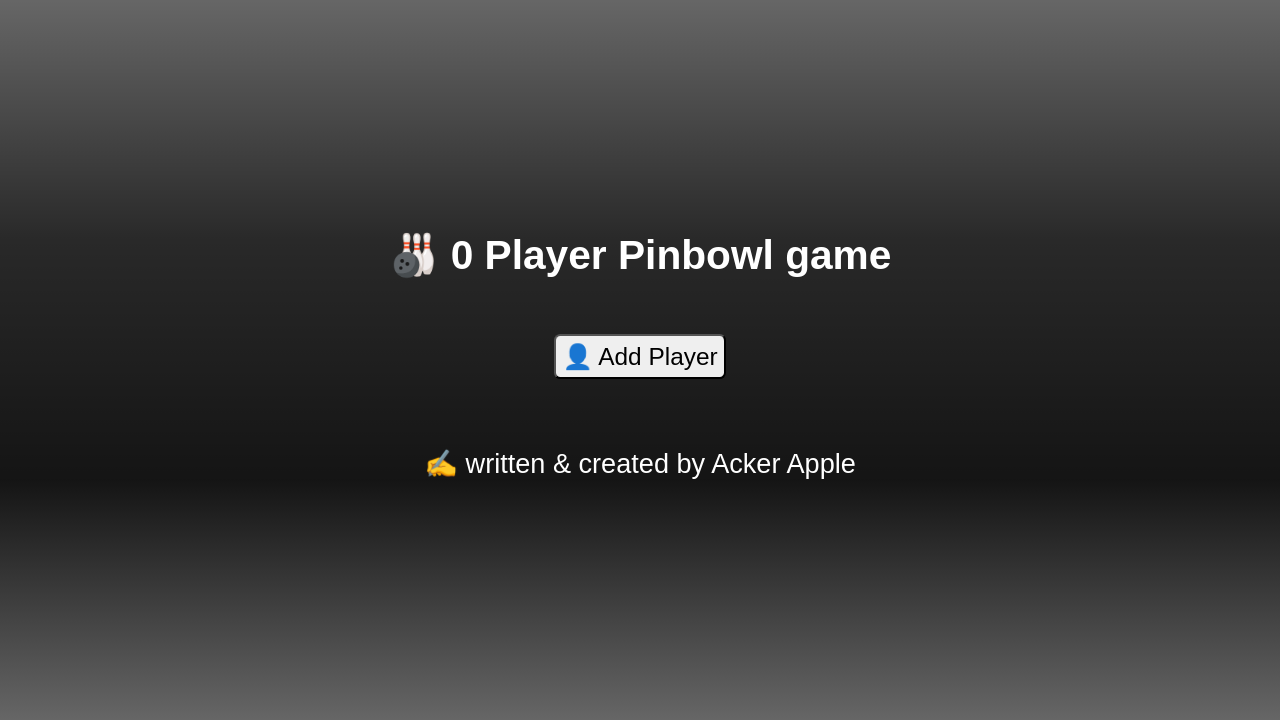
Repository: AckerApple/pinbowl
Page: index.html
The author's editor kept a copy of each file at every save. The page is drawn from the files as they stood at one save, then again after the next save.
The browser window is 1280 px wide. The pictures show the whole page.

Above is the page before, as saved 2023-11-08 18:43:20.

### index.html
<!DOCTYPE html>
<html lang="en">

<head>
  <title>Pin Bowl</title>
  <meta charset="UTF-8" />
  <meta name="viewport"
    content="viewport-fit=cover, width=device-width, initial-scale=1, maximum-scale=1, user-scalable=0" />
  <meta name="apple-mobile-web-app-title" content="App" />
  <meta name="apple-mobile-web-app-capable" content="yes" />
  <meta name="apple-mobile-web-app-status-bar-style" content="black" />
  <!-- emoji as favicon -->
  <link rel="icon" href="data:[embedded picture, 141 characters]" />
  <style>
    * {
      box-sizing: border-box;
    }

    html,
    body {
      color: white;
      font-family: Arial, Helvetica, sans-serif;
      height: 100%;
      padding: 0;
      margin: 0;
      background: #666 linear-gradient(to top, #666, rgba(0, 0, 0, 0.8), rgba(0, 0, 0, 0.6), rgba(0, 0, 0, 0)) no-repeat;
      /* Create a gradient from black to transparent */
    }

    html {
      scroll-behavior: smooth;
      font-size: calc(22px + .4vw);
      line-height: 1.25em;
    }

    input[type="checkbox"],
    input[type="radio"] {
      width: 1em;
      height: 1em;
    }

    li {
      padding-bottom: 1em;
    }

    select,
    textarea,
    button,
    input {
      padding: .5vw;
      border-radius: .5vw;
      font-size: .9em;
    }
  </style>
  <link href="document.css" type="text/css" rel="stylesheet" />
  <script type="module">
    import app from './app.js'
    app()
  </script>
</head>

<body>
  <noscript style="color:red">Javascript is required but is turned off on your device</noscript>
  <table cellPadding="0" cellSpacing="0" border="0" style="width: 100%;height: 100%;">
    <tr>
      <td valign="center" style="text-align: center;">
        <small-bowl-app></small-bowl-app>
      </td>
    </tr>
  </table>
</body>

</html>

### document.css
.link-icon {
  border:2px solid #aaa;border-radius: 25%;background-color: black;padding:.2em .2em;
  display:flex;align-items: self-end;justify-content: center;
  display:flex;align-items: center;justify-content: center;
}

.reflection {
  -webkit-box-reflect: below -31px linear-gradient(to bottom, rgba(0,0,0,0), rgba(0,0,0,0), rgba(0,0,0,0), rgba(0,0,0,.1) 80%)
}












.spin-container {
  position: relative;
}

.spin-container > * {
  position: absolute;
  top: 0;
  left: 0;

  transform-style: preserve-3d;
}

.spin-container > *:first-child {
  animation: spin-front 8s linear infinite;
}

.spin-container > *:nth-child(2) {
  animation: spin-middle 8s linear infinite;
}

.spin-container > *:nth-child(3) {
  animation: spin-middle-last 8s linear infinite;
  animation-delay: -4s;
}

.spin-container > *:last-child {
  animation: spin-back 8s linear infinite;
  animation-delay: -4s;
}

@keyframes spin-front {
  0% {
    transform: rotateY(0deg) translateZ(20px);
    z-index:5;
  }
  25% {
    transform: rotateY(90deg) translateZ(20px);
    z-index:5;
  }
  26% {
    transform: rotateY(90deg) translateZ(20px);
    z-index:0;
  }
  50% {
    transform: rotateY(180deg) translateZ(20px);
    z-index:0;
  }
  75% {
    transform: rotateY(270deg) translateZ(20px);
    z-index:0;
  }
  76% {
    transform: rotateY(270deg) translateZ(20px);
    z-index:5;
  }
  100% {
    transform: rotateY(360deg) translateZ(20px);
    z-index:5;
  }
}

@keyframes spin-middle {
  0% {
    transform: rotateY(0deg) translateZ(19px);
    z-index:4;
  }
  25% {
    transform: rotateY(90deg) translateZ(19px);
    z-index:4;
  }
  26% {
    transform: rotateY(90deg) translateZ(19px);
    z-index:5;
  }
  50% {
    transform: rotateY(180deg) translateZ(19px);
    z-index:5;
  }
  75% {
    transform: rotateY(270deg) translateZ(19px);
    z-index:5;
  }
  76% {
    transform: rotateY(270deg) translateZ(19px);
    z-index:4;
  }
  100% {
    transform: rotateY(360deg) translateZ(19px);
    z-index:4;
  }
}

@keyframes spin-middle-last {
  0% {
    transform: rotateY(0deg) translateZ(19px);
    z-index:1;
  }
  25% {
    transform: rotateY(90deg) translateZ(19px);
    z-index:1;
  }
  26% {
    transform: rotateY(90deg) translateZ(19px);
    z-index:3;
  }
  50% {
    transform: rotateY(180deg) translateZ(19px);
    z-index:3;
  }
  75% {
    transform: rotateY(270deg) translateZ(19px);
    z-index:3;
  }
  76% {
    transform: rotateY(270deg) translateZ(19px);
    z-index:4;
  }
  100% {
    transform: rotateY(360deg) translateZ(19px);
    z-index:1;
  }
}

@keyframes spin-back {
  0% {
    transform: rotateY(0deg) translateZ(20px);
    z-index:5;
  }
  25% {
    transform: rotateY(90deg) translateZ(20px);
    z-index:5;
  }
  26% {
    transform: rotateY(90deg) translateZ(20px);
    z-index:0;
  }
  50% {
    transform: rotateY(180deg) translateZ(20px);
    z-index:0;
  }
  75% {
    transform: rotateY(270deg) translateZ(20px);
    z-index:0;
  }
  76% {
    transform: rotateY(270deg) translateZ(20px);
    z-index:5;
  }
  100% {
    transform: rotateY(360deg) translateZ(20px);
    z-index:5;
  }
}

button, a {cursor: pointer;}

.color-inherit {
  color: inherit;
}

.no-a-style {
  text-decoration: none;
  color: inherit;
}

### app.js
import { render, renderFor } from "./render.js"
import { interpolateElement } from "./web-gems/interpolateElement.js"

export function SmallBowlApp() {
  const players = []

  let playerTurn = 0
  let currentFrame = 0
  let gameStarted = false

  const addPlayer = () => players.push({
    name: `Player ${players.length + 1}`,
    frames: [0,1,2,3,4],
    scores: [],
    edit: true,
    gameover: false,
  })

  const startGame = () => {
    gameStarted=true
    players.forEach(player => player.edit = false)
  }

  const restartGame = () => {
    if(!confirm('Are you sure you want to restart game?')){
      return
    }
    currentFrame = 0
    playerTurn = 0
    gameStarted = false

    players.forEach(player => {
      player.frames.length = 5
      player.scores = []
      player.gameover = false
    })
  }

  const increasePlayerTurn = () => {
    ++playerTurn

    if(playerTurn >= players.length){
      ++currentFrame
      playerTurn=0
    }
  }

  const submitPlayerScore = (player) => {
    // maybe player game over
    if(player.scores.length === player.frames.length) {
      // its not a 3, game over
      if(player.scores[player.scores.length - 1] !== 3) {
        player.gameover = true
      }

      // its a 3, make a new frame
      if(player.scores[player.frames.length-1] === 3){
        player.frames.push(player.frames.length)
        alert('💥 Strike on the last frame! Another frame added.\n\nFor now, it\'s the next players turn.')
      }
    }

    if(players.every(player => player.gameover)) {
      runGameOver()
      return
    }

    increasePlayerTurn()

    setTimeout(() => {
      const elm = document.getElementById('player_' + playerTurn)
      elm.scrollIntoView({
        behavior: 'smooth'
      })
    }, 300)
  }

  const runGameOver = () => {
    const leadersMeta = players.reduce((all,player, playerIndex) => {
      const score = getPlayerScore(player)
	    if(score > all[0]) {
        all[0] = score
        all[1] = [{player, playerIndex}]
        return all
      }

      // tie
      if(score === all[0]) {
        all[1].push({player, playerIndex})
        return all
      }

      return all
    }, [-1,[]])

    const leaders = leadersMeta[1]

    if(leaders.length > 1) {
      alert('🤗 Multiple winners, get ready for a additional round!')
      console.log('leaders', leaders)
      leaders.forEach(({player}) => {
        player.frames.push(player.frames.length)
        player.gameover = false
        console.log('player',player)
      })
      playerTurn = leaders[0].playerIndex
      ++currentFrame
      return
    }

    alert(`🎉 Winner is Player ${leaders[0].playerIndex + 1}, ${leaders[0].player.name}`)
    playerTurn = -1
    currentFrame = -1
  }

  const getPlayerScore = (player) => {
    return player.scores.reduce((all,score) => {
      return all + score
    },0)
  }

  const isPlayerIndexWinning = (targetPlayerIndex) => {
    const leader = players.reduce((leader,player,playerIndex) => {
      const stats = {score:getPlayerScore(player), playerIndex}
      if(stats.score > leader.score && (playerTurn > 0 || currentFrame > 0)) {
        return stats
      }

      const isMyTie = stats.score === leader.score && targetPlayerIndex === stats.playerIndex
      if(isMyTie && leader.score > 0) {
        return stats
      }
      return leader
    }, {playerIndex:-1, score:0})


    return leader.playerIndex === targetPlayerIndex
  }

  const scorePlayerFrame = (currentFrame, player, playerIndex, frameIndex) => {
    if(!player.edit) {
      if(playerTurn !== playerIndex) {
        return // wrong player scoring
      }

      if(frameIndex !== currentFrame) {
        return // ignore
      }
    }

    updatePlayerFrame(player, frameIndex)
  }

  const updatePlayerFrame = (player, frameIndex) => {
    const hasScore = player.scores[frameIndex] == undefined
    let value = hasScore ? 1 : player.scores[frameIndex]

    if ( value > 2 ) {
      value = -1
    }

    player.scores[frameIndex] = value + 1
  }

  // test data
  /*(() => {
    addPlayer()
    addPlayer()
    startGame()
    currentFrame = 2
    players[0].scores = [2,2,0,0]
    players[1].scores = [2,2,0,0]
  })()*/

  return render($ => $`
    <div>
      <h2>🎳 ${players.length} Player Pinbowl game</h2>
      <div style="display: flex;flex-wrap: wrap;gap:.5em">
        <!-- 👤 players loop -->
        ${players.map((player, playerIndex) => renderFor(player, $ => $`
          <div id=${`player_${playerIndex}`}
            style=${
              "border-radius:.5em;padding:.75em;text-align: left;flex-grow:1;" +
              (player.gameover ?
                'background-color:rgb(89 76 231 / 44%);' :
                gameStarted && player.edit ? 'background-color:rgb(290 76 131 / 44%);' :
                (gameStarted && playerTurn === playerIndex ? 'width:100%;border:.2em solid yellow;font-size:1.2em;line-height:1.1em;' : 'border:1px solid white;'))
            }
          >
            <div style="display: flex;flex-direction: column;">
              <!-- player info-->
              <div>
                <div style="display: flex;">
                  <div style="flex-grow:1">
                    <div style="display: flex;align-items: center;">
                      <div style="padding-right:.5em;"
                        onclick=${() => player.edit = !player.edit}
                      >
                        <strong>👤</strong>
                      </div>

                      <a onclick=${() => player.edit = !player.edit}>
                        ${!player.edit && player.name}
                      </a>

                      ${player.edit && render($ => $`
                        <input ()="this.select()"
                          onblur=${() => player.edit = false}
                          onkeyup=${event => player.name=event.target.value}
                          value=${player.name}
                        />
                      `)}
                    </div>
                  </div>
                  <div>
                    ${ players.length > 1 && isPlayerIndexWinning(playerIndex) ? '⭐️' : '' }
                    <a style=${player.edit ? 'background-color:orange;' : ''} onclick=${() => player.edit = !player.edit}>✏️</a>
                  </div>
              </div>

              <!-- frame info-->
              ${gameStarted && render($ => $`
                <div style="display: flex;flex-wrap:wrap">
                  ${player.frames.map((frame, frameIndex) => renderFor(frame, $ => $`
                    <a
                      style=${
                        'display:flex;flex-direction:column;flex-grow:1;border:1px solid white;' +
                        (currentFrame === frameIndex ? 'font-weight:bold;' : '') +
                        (playerTurn === playerIndex && currentFrame === frameIndex ? '' : 'cursor:default;')
                      }
                      onclick=${() => scorePlayerFrame(currentFrame, player, playerIndex, frameIndex)}
                    >
                      <div style="display:flex;padding:0 .2em;">
                        <span style="flex-grow:1;font-size:0.7em;">${frameIndex+1}</span>
                        <span>${frameIndex === currentFrame ? render($ => $`<span>🔵</span>`) : ''}</span>
                      </div>
                      <hr style="margin: 0;" />
                      <div
                        style=${
                          'display:flex;flex-grow:1;justify-content: center;align-items: center;text-align:center;' +
                          (playerTurn === playerIndex ? 'min-width:15vw;min-height:15vw;' : '') +
                          (playerTurn === playerIndex && currentFrame === frameIndex ? 'background:rgba(255,234,142,.8);' : '')
                        }
                      >
                        ${playerTurn === playerIndex && currentFrame === frameIndex && player.scores[frameIndex] == undefined && render($ => $`
                          <div style="opacity:.5;font-size:.8em;line-height:1em;">
                            tap<br />to<br />score
                          </div>
                        `)}
                        ${player.scores[frameIndex] == undefined ? '' : player.scores[frameIndex]}
                      </div>
                    </a>
                  `))}
                </div>

                <div style="display:flex;gap:1em;flex-wrap:wrap;justify-content: center;">
                  <!--score-->
                  <div style="text-align: center;">
                    ${!player.gameover && render($ => $`<strong>SCORE:</strong>`)}
                    ${player.gameover && render($ => $`<strong>FINAL SCORE:</strong>`)}
                    ${getPlayerScore(player)}
                  </div>

                  ${playerTurn === playerIndex && player.scores[currentFrame] != undefined && render($ => $`
                    <button
                      onclick=${() => submitPlayerScore(player)}
                    >👉 submit score</button>
                  `)}
                </div>
              `)}

              ${!gameStarted && render($ => $`
                <div style="text-align: center;padding-top:1em">
                  <button
                    onclick=${() => players.splice(playerIndex,1)}
                  >🗑️ remove player ${playerIndex+1}</button>
                </div>
              `)}
            </div>
          </div>
        `))}
      </div>

      <div style="padding-top:1em;">
        ${currentFrame === 0 && render($ => $`
          <button type="button"
            onclick=${addPlayer}
          >👤 Add Player</button>
        `)}

        ${!gameStarted && players.length > 0 && render($ => $`
            <button type="button" onclick=${startGame}>🟢 start game</button>
        `)}

        ${gameStarted && render($ => $`
            <button type="button" onclick=${restartGame}>🔄 restart game</button>
        `)}
      </div>
      <br /><br />
      ✍️ written & created by Acker Apple
      <br /><br />
    </div>
  `)
}

export default () => {
  const app = SmallBowlApp()

  const element = document.getElementsByTagName('small-bowl-app')[0]
  const {template, context} = app.getTemplate()
  element.innerHTML = template

  interpolateElement(element, context, element)
}

### web-gems/interpolateElement.js
import { interpolateAttributes } from "./interpolateAttributes.js"
import { interpolateToTemplates } from "./interpolations.js"
import { interpolateContentTemplates } from "./interpolateContentTemplates.js"

export function interpolateElement(
  element,
  context, // variables used to evaluate
  // owner, // this aka element
) {
  const result = interpolateChild(element, context, element)
  // const result = interpolateChild(element, context, owner)
  if(result.keys.length) {
    interpolateContentTemplates(element, context)
    // interpolateContentTemplates(owner, context)
  }
  interpolateAttributes(element, context)

  function processChildren(children) {
    new Array(...children).forEach(child => {
      interpolateAttributes(child, context)

      if(child.children) {
        processChildren(child.children)
      }
    })
  }

  processChildren(element.children)
}

/** Convert interpolations into template tags */
export function interpolateChild(
  child, context, owner, toAppend
) {
  const html = child.innerHTML

  const result = interpolateToTemplates(html, context)
  child.innerHTML = result.string

  // 🔒 Prevent anyone from editing template which would cause that content to be executable
  if(toAppend) {
    owner.appendChild(toAppend)
  }

  return result
}

### web-gems/interpolateAttributes.js
import { Subject } from "./Subject.js"
import { evalOver } from "./evals.js"

export function interpolateAttributes(
  child, scope
) {
  const attrHandler = getInputAttributeHandler(child, scope)
  const subs = child.gemSubs = child.gemSubs || []
  child.getAttributeNames().forEach(attrName => {
    const value = child.getAttribute(attrName)
    attrHandler(attrName, value)

    // An attempt to replicate React
    if ( value.search(/^\s*{/) >= 0 && value.search(/}\s*$/) >= 0 ) {
      // get the code inside the brackets like "variable0" or "{variable0}"
      const code = value.replace('{','').split('').reverse().join('').replace('}','').split('').reverse().join('')
      const result = evalOver(scope, code)

      // attach as callback
      if(result instanceof Function) {
        child[attrName] = function(...args) {
          result(child, args)
        }
        return
      }

      if(result instanceof Subject) {
        child.removeAttribute(attrName)
        const sub = result.subscribe(newValue => {
          if(newValue instanceof Function) {
            child[attrName] = function(...args) {
              newValue(child, args)
            }

            return
          }

          child.setAttribute(attrName, newValue)
        })
        subs.push(sub)
        return
      }

      child.setAttribute(attrName, result)
    }
  })
}

export function getInputAttributeHandler(
  component,
  scope,
) {
  return (name, value) => {
    // [something] = "x"
    if (name.search(/^\[.*\]/) >= 0) {
      return inputAttribute(name, value, component, scope)
    }

    // something: = "new Date()"
    if (name.search(/:$/) >= 0) {
      const realName = name.replace(/:$/g, '')
      const result = evalWith(value, component)
      component[realName] = result
      return
    }

    // (something) = "component.style.display = something"
    // (click)
    if (name.search(/^\([^()]+\)$/) >= 0) {
      const realName = name.replace(/^\(([^()]+)\)$/g, '$1')
      const result = () => {
        evalWith(value, scope, component, false, true)
      }
      component[realName] = result
      component.removeAttribute(name)
      return
    }
  }
}

### web-gems/interpolations.js
// Does not require money symbol (more like React)
//export const interpolateReplace = /\$*{((?:[^{}]|(?:\{[^{}]*\}))*?)}/g
export const interpolateReplace = /(?:<[^>]*>)|\$*{((?:[^{}]|(?:\{[^{}]*\}))*?)}/g;

/** replaces ${x} with <template id="x-start"></template><template id="x-end"></template> */
export function interpolateToTemplates(template) {
  const keys = [];
  const string = template.replace(interpolateReplace, (match, expression) => {
    if (match.startsWith('<')) {
      // If the match is an HTML tag, don't replace
      return match;
    }
    const id = expression.trim();
    keys.push(id);
    return `<template interpolate end id="${id}"></template>`;
  });

  return { string, keys };
}

### web-gems/interpolateContentTemplates.js
import { interpolateTemplate } from "./interpolateTemplate.js"

/** Returns subscriptions[] that will need to be unsubscribed from when element is destroyed */
export function interpolateContentTemplates(
  element,
  variable,
  subs
) {
  subs = subs || [] // recursion

  if ( !element.children || element.tagName === 'TEMPLATE' ) {
    return subs // done
  }

  const children = new Array(...element.children)

  children.forEach((child, index) => {
    const isSkip = child.getAttribute('*for') || child.getAttribute('*if')

    if(isSkip) {
      return // let the *for do its own rendering
    }

    interpolateChild(child, index, children)

    if ( child.children ) {
      const nextKids = new Array(...child.children)
      nextKids.forEach((subChild, index) => {
        if ( subChild.getAttribute('*for') || subChild.getAttribute('*if') ) {
          return // prevent interpolating things I do not own
        }

        if ( isRenderEndTemplate(subChild) ) {
          interpolateChild(subChild, index, nextKids)
        }

        interpolateContentTemplates(subChild, variable, subs)
      })
    }
  })

  function interpolateChild(child, index, children) {
    children.forEach((child, subIndex) => {
      if ( subIndex < index ) {
        return // too low
      }

      if ( child.tagName!=='TEMPLATE' ) {
        return // not a template
      }

      if ( child.getAttribute('interpolate')==undefined || child.getAttribute('end') == undefined ) {
        return // not a rendering template
      }

      return child
    })

    interpolateTemplate(
      child,
      variable,
      subs
    )
  }

  return subs
}

function isRenderEndTemplate(child) {
  const isTemplate = child.tagName==='TEMPLATE'
  return isTemplate &&
  child.getAttribute('interpolate') != undefined &&
  child.getAttribute('end') != undefined
}

### web-gems/Subject.js
export let globalSubs = 0

export class Subject {
  constructor() {
    this.subscribers = [];
  }

  subscribe(callback) {
    this.subscribers.push(callback)

    ++globalSubs

    const unsubscribe = () => {
      const index = this.subscribers.indexOf(callback);
      if (index !== -1) {
        this.subscribers.splice(index, 1);
      }
      --globalSubs
    }

    // Return a function to unsubscribe from the BehaviorSubject
    unsubscribe.unsubscribe = unsubscribe

    return unsubscribe
  }

  set(value) {
    this.value = value;
    // Notify all subscribers with the new value
    this.subscribers.forEach(callback => callback(value));
  }
  next = this.set
}

### web-gems/ValueSubject.js
import { Subject } from './Subject.js'

export class ValueSubject extends Subject {
  value

  constructor(initialValue) {
    super()
    this.value = initialValue;
  }

  subscribe(callback) {
    const unsubscribe = super.subscribe(callback)

    // Call the callback immediately with the current value
    callback(this.value)

    return unsubscribe
  }
}

export const value$ = (...args) => new ValueSubject(...args)

### web-gems/extractAndReplaceFunctions.js

export function extractAndReplaceFunctions(inputString, variables) {
  variables = variables || []
  // Regular expression to match arrow functions and functions
  const functionRegex = /((\bfunction\s*[A-Za-z0-9_$]*\s*\([^\)]*\)\s*\{[^}]*\})|(\([^\)\()]*\)\s*=>\s*\{[^}]*\}))/g;

  // Replace functions and arrow functions with placeholders
  const replacedString = inputString.replace(functionRegex, (match, contents) => {
      variables.push(contents);
      return `__${(variables.length - 1)}__`;
  });

  return {
    newString: replacedString,
    variables,
  };
}

/*
const x = `player.scores.reduce((all,score) => {
  console.log(all);
  return all + score
})`

const y = extractAndReplaceFunctions(x)

console.log(y)
*/

### web-gems/removeChild.js
/** Primary function for removing gems from the DOM and managing unsubscribing */
export function removeChild(parentNode, clone) {
  if ( clone.gemSubs ) {
    clone.gemSubs.forEach(sub => sub.unsubscribe())
  }

  if ( clone.children ) {
    new Array(...clone.children).forEach(child => removeChild(clone, child))
  }

  parentNode.removeChild(clone)
}

Loaded but not shown: web-gems/evals.js (337 lines, source omitted); render.js (280 lines, source omitted); web-gems/interpolateTemplate.js (225 lines, source omitted)

After the next save:
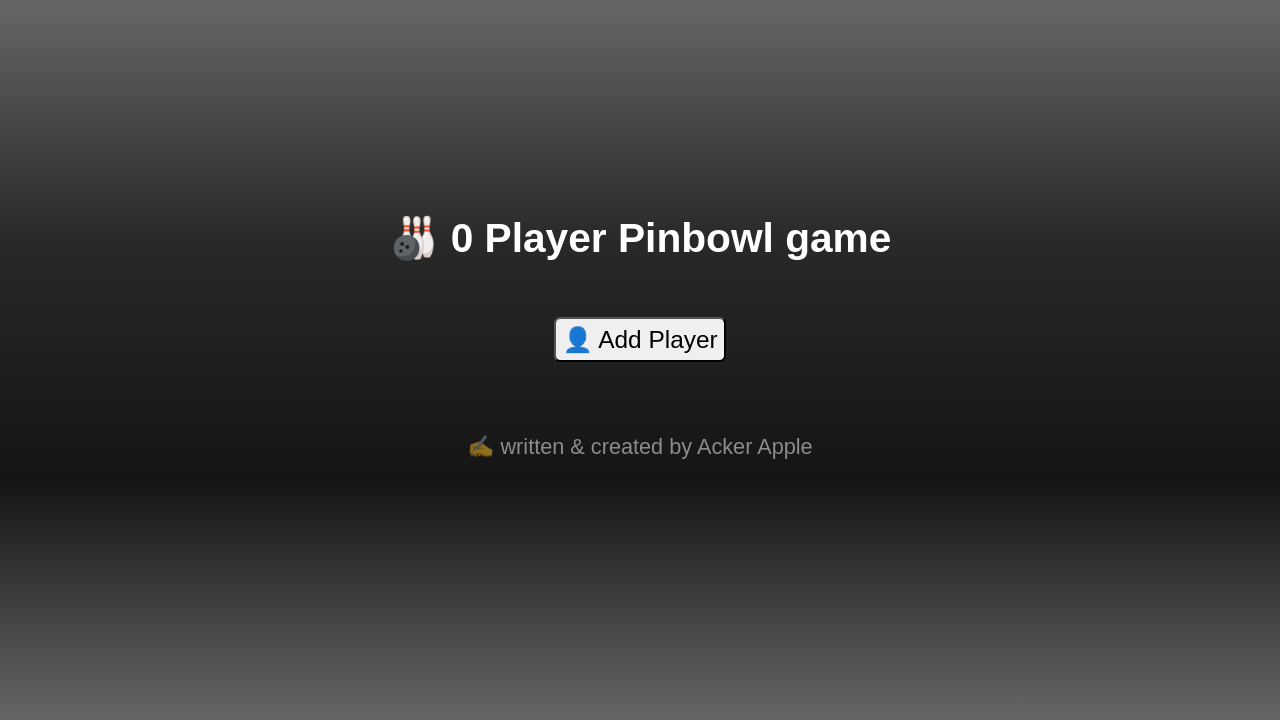
Saved 78 s later.
--- a/app.js
+++ b/app.js
@@ -297,7 +297,9 @@ export function SmallBowlApp() {
         `)}
       </div>
       <br /><br />
-      ✍️ written & created by Acker Apple
+      <div style="font-size:0.8em;opacity:.5">
+        ✍️ written & created by Acker Apple
+      </div>
       <br /><br />
     </div>
   `)
